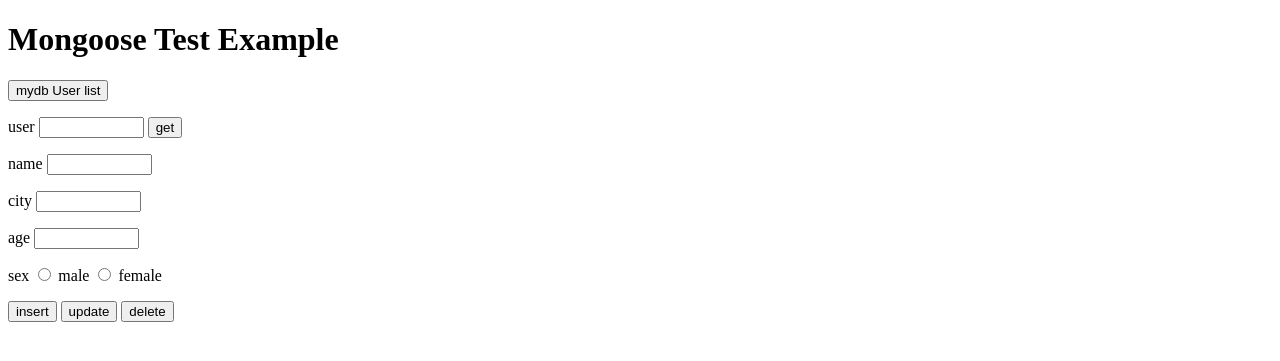
Repository: JunohK/anew
Page: node/mongos/views/index.html
The author's editor kept a record of every edit. The page is drawn from the files as they stood at one moment, then again after the next edit.
The browser window is 1280 px wide. The pictures show the whole page.

Above is the page before.

After the next edit:
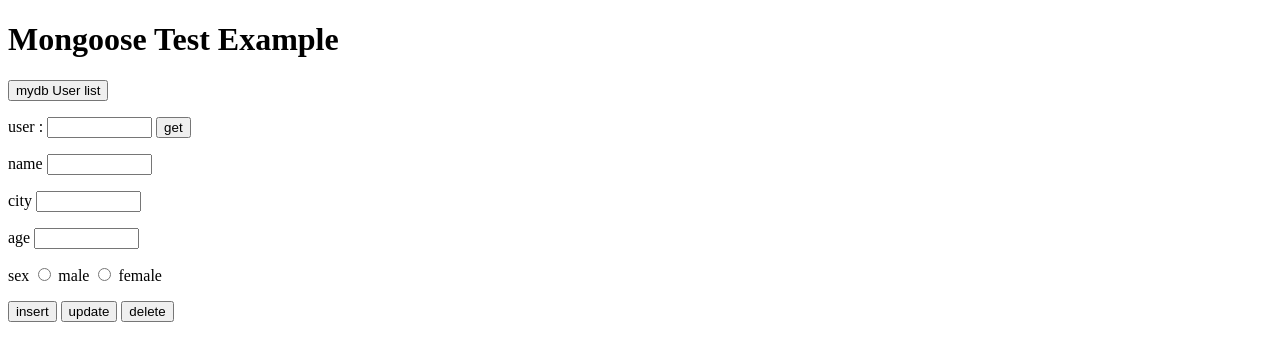
The edit:
--- a/node/mongos/views/index.html
+++ b/node/mongos/views/index.html
@@ -8,7 +8,7 @@
     <h1>Mongoose Test Example</h1>
     <form method='post' action=/insert name="mongoform">
         <input type='button' value="mydb User list" onclick='location.href="/list"'><p>
-        user <input type='text' size='10' name='userid'>
+        user : <input type='text' size='10' name='userid'>
         <input type='button' value="get" onclick='location.href="/get?input="+document.mongoform.userid.value'><p>
         name <input type='text' size='10' name='name'><p>
         city <input type='text' size='10' name='city'><p>
